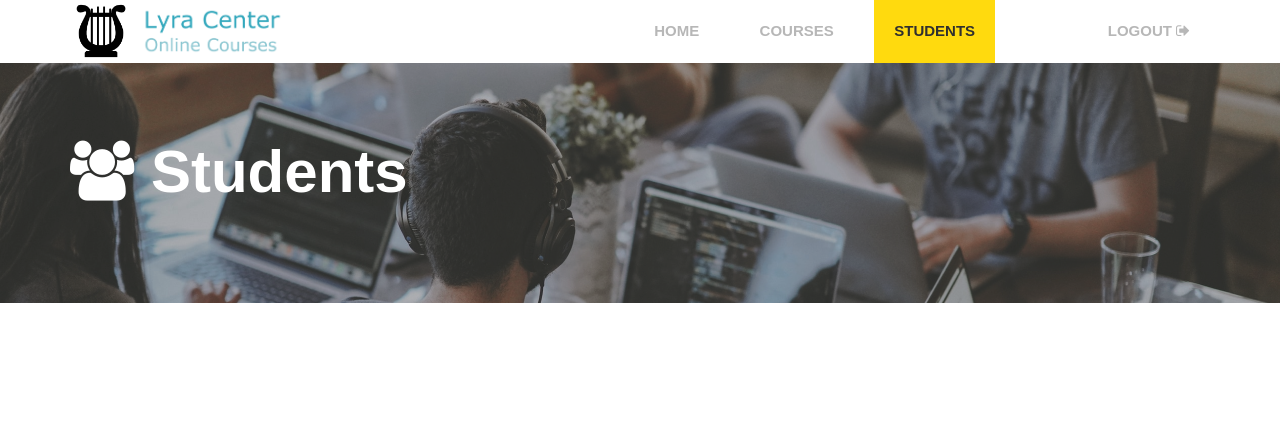
Repository: jersmaecrz/lyra-center
Page: http://localhost/aStudents.php
An editor plug-in stored every save of this project. The page is shown before and after the next save, followed by the edit.
The browser window is 1280 px wide. The pictures show the whole page.
Some web fonts or font styles are not loaded; a fallback is used. The page is run by PHP 8.4 with error messages shown; the project is at /var/www/html/.

Above is the page before, as saved 2022-12-03 23:35:47.

### aStudents.php
<?php
    include "admin-dashboard.php";
?>
<!DOCTYPE html>
<html lang="zxx">
<head>
    <link rel="icon" href="img/lyre.png">
    <meta charset="UTF-8">
    <meta name="description" content="Anime Template">
    <meta name="keywords" content="Anime, unica, creative, html">
    <meta name="viewport" content="width=device-width, initial-scale=1.0">
    <meta http-equiv="X-UA-Compatible" content="ie=edge">
    <title>Lyra | Students</title>
    <link rel="stylesheet" href="css/admin-home-style.css" type="text/css">

    <!-- Google Font -->
    <link href="https://fonts.googleapis.com/css2?family=Mulish:wght@300;400;500;600;700;800;900&display=swap"
    rel="stylesheet">

    <link rel="preconnect" href="https://fonts.googleapis.com">
    <link rel="preconnect" href="https://fonts.gstatic.com" crossorigin>
    <link href="https://fonts.googleapis.com/css2?family=Open+Sans:wght@700&display=swap" rel="stylesheet">

    <!-- Css Styles -->
    <link rel="stylesheet" href="css/bootstrap.min.css" type="text/css">
    <link rel="stylesheet" href="css/font-awesome.min.css" type="text/css">
    <link rel="stylesheet" href="css/elegant-icons.css" type="text/css">
    <link rel="stylesheet" href="css/plyr.css" type="text/css">
    <link rel="stylesheet" href="css/nice-select.css" type="text/css">
    <link rel="stylesheet" href="css/owl.carousel.min.css" type="text/css">
    <link rel="stylesheet" href="css/slicknav.min.css" type="text/css">
    <link rel="stylesheet" href="css/style.css" type="text/css">
</head>

<body>
    <!-- Page Preloder -->
    <div id="preloder">
        <div class="loader"></div>
    </div>

    <!-- Header Section Begin -->
    <header class="header">
        <div class="container">
            <div class="row">
                <div class="col-lg-5">
                    <div class="header__logo">
                        <a href="./aHome.php">
                            <img src="img/lyre.png" alt="" width=62px>
                            <img src="img/lyra.png" alt="" width=150px>
                        </a>
                    </div>
                </div>
                <div class="col-lg-7">
                    <div class="header__nav">
                        <nav class="header__menu mobile-menu">
                            <ul>
                                <li ><a href="./aHome.php">HOME</a></li>
                                <li ><a href="./aCourses.php">COURSES</a></li>
                                <li class="active"><a href="./aStudents.php">STUDENTS</a></li>
                                <li class="right"><a href="./signup.html">LOGOUT <i class="fa fa-sign-out" aria-hidden="true"></i></a></li>
                            </ul>
                        </nav>
                    </div>
                </div>

            </div>
            <div id="mobile-menu-wrap"></div>
        </div>
    </header>
    <!-- Header End -->


    <!-- Normal Breadcrumb Begin -->
    <section class="pg pg-breadcrumb set-bg" data-setbg="img/banner.png">
        <div class="container">
            <div class="row">
                <div class="col-lg-5">
                    <div class="normal__breadcrumb__text">
                        <h2><i class="fa fa-users" aria-hidden="true"></i> Students</h2>
                    </div>
                </div>
            </div>
        </div>

    </section>
    <!-- Normal Breadcrumb End -->
<br>

<!-- Dashboard -->
<div class="container">
    <div class="row">
            <div class="col-lg-12 normal__breadcrumb__text">

            </div>

    </div>
</div>
<br>
<br>
<br>
<br>
<br>

<!-- Footer Section Begin
<footer class="footer">
    <div class="page-up">
        <a href="#" class="scroll"><span class="arrow_carrot-up"></span></a>
    </div>
    <div class="container">
        <div class="row">
            <div class="col-lg-3">
                <div class="footer__logo">
                    <a href="./index.html">
                        <img src="img/mango manga.png" alt="" width=80px>
                        <img src="img/mm.png" alt="" width=110px>
                    </a>
                </div>
            </div>
            <div class="col-lg-6">
                <div class="footer__nav">
                    <ul>
                        <li class="active"><a href="./index.html">HOME</a></li>
                        <li ><a href="./courses.html">COURSES</a></li>
                        <li ><a href="./signup.html">STUDENTS</a></li>

                    </ul>
                </div>
            </div>

          </div>
      </div>
  </footer>
  <!-- Footer Section End -->


<!-- Js Plugins -->
<script src="js/jquery-3.3.1.min.js"></script>
<script src="js/bootstrap.min.js"></script>
<script src="js/player.js"></script>
<script src="js/jquery.nice-select.min.js"></script>
<script src="js/mixitup.min.js"></script>
<script src="js/jquery.slicknav.js"></script>
<script src="js/owl.carousel.min.js"></script>
<script src="js/main.js"></script>


</body>

</html>

### admin-dashboard.php
<?php
   require_once("config.php");
   class Dashboard {
        //Attributes
        public $name;
        public $courses;
        //Create setters
        function setStudents($students){
            $this -> students = $students;
        }
        function setCourses($courses){
            $this -> courses = $courses;
        }
        //Create getters
        function getStudents(){
            return $this -> students;
        }
        function getCourses(){
            return $this -> courses;
        }
        function countStudents($pdo){
            $query = "SELECT * FROM users";
            $stmt = $pdo-> prepare($query);
            $stmt -> execute();
            $rows = $stmt -> fetchAll();
            $rowCount = $stmt->rowCount();
            $this -> setStudents($rowCount);
        }
        function countCourses($pdo){
            $query = "SELECT * FROM courses";
            $stmt = $pdo-> prepare($query);
            $stmt -> execute();
            $rows = $stmt -> fetchAll();
            $rowCount = $stmt->rowCount();
            $this -> setCourses($rowCount);
        }
    }
?>

### config.php
<?php
    $host = "remotemysql.com";
    $user = "NsqxjSUDbx";
    $password = "wLgUwnheJo";
    $dbName = "NsqxjSUDbx" ;
    //Connect to database using PDO
    try {
        $dsn ="mysql:host=$host;dbname=$dbName";
        $pdo = new PDO($dsn,$user, $password);
        //Check the connection
        $pdo->setAttribute(PDO::ATTR_DEFAULT_FETCH_MODE,PDO::FETCH_OBJ);
        $pdo->setAttribute(PDO::ATTR_ERRMODE,PDO::ERRMODE_EXCEPTION);
    } catch(PDOException $e) {
        echo "Unable to Connect to DB: ". $e->getMessage();
    }
?>

### css/admin-home-style.css
.right {
    float: right;
}
.scroll {
    margin-left: -50px;
    margin-top: -50px;
}
.main-section{
	width:80%;
	margin:0 auto;
	text-align: center;
	padding: 0px 5px;
}
.dashboard{
	width:32%;
	display: inline-block;
	color:#fff;
	margin-top: 50px;
}
.icon-section i{
	font-size: 30px;
	padding:10px;
	border:1px solid #34495E;
	margin-bottom: 10px;
    margin: 5%;
	background-color:#fff;
    border-radius: 50%;
}
.icon-section h3{
	font-size: 20px;
    color: #fff;
	font-family: "Mulish", sans-serif;
}
.icon-section p{
	margin:0px;
	font-size: 20px;
	padding-bottom: 10px;
	font-family: "Mulish", sans-serif;
}
.icon {
    color: #023047;
}
.blueDash {
    background-color:#34495E;

}
.yellowDash {
    background-color:#4ACBCB;

}
.pg-breadcrumb {
	height: 240px;
	display: -webkit-box;
	display: -ms-flexbox;
	display: flex;
	-webkit-box-align: center;
	-ms-flex-align: center;
	align-items: center;
	-webkit-box-pack: center;
	-ms-flex-pack: center;
	justify-content: center;
}

### css/style.css

html,
body {
	height: 100%;
	font-family: "Mulish", sans-serif;
	-webkit-font-smoothing: antialiased;
	background: white;
}

h1,
h2,
h3,
h4,
h5,
h6 {
	margin: 0;
	color: #111111;
	font-weight: 400;
	font-family: "Mulish", sans-serif;
}

.lemony a{
	background: #FFDA0E;
	font-size: 20px;
	color: black;
	padding-left: 20px;
	padding-right: 20px;
	padding-top: 10px;
	padding-bottom: 10px;
	font-family: "Oswald", sans-serif;
}

h1 {
	font-size: 70px;
}

h2 {
	font-size: 36px;
}

h3 {
	font-size: 30px;
}

h4 {
	font-size: 24px;
}

h5 {
	font-size: 18px;
}

h6 {
	font-size: 16px;
}

p {
	font-size: 15px;
	font-family: "Mulish", sans-serif;
	color: #3d3d3d;
	font-weight: 400;
	line-height: 25px;
	margin: 0 0 15px 0;
}

img {
	max-width: 100%;
}

input:focus,
select:focus,
button:focus,
textarea:focus {
	outline: none;
}

a:hover,
a:focus {
	text-decoration: none;
	outline: none;
	color: #4ACBCB;;
}

ul,
ol {
	padding: 0;
	margin: 0;
}

/*---------------------
  Helper CSS
-----------------------*/

.section-title {
	margin-bottom: 30px;
}

.section-title h4,
.section-title h5 {
	color: #2F2F2F;
	font-weight: 600;
	line-height: 21px;
	text-transform: uppercase;
	padding-left: 20px;
	position: relative;
	font-family: "Oswald", sans-serif;
}

.section-title h4:after,
.section-title h5:after {
	position: absolute;
	left: 0;
	top: -6px;
	height: 32px;
	width: 4px;
	background: #e53637;
	content: "";
}

.set-bg {
	background-repeat: no-repeat;
	background-size: cover;
	background-position: top center;
}

.spad {
	padding-top: 100px;
	padding-bottom: 100px;
}

.text-white h1,
.text-white h2,
.text-white h3,
.text-white h4,
.text-white h5,
.text-white h6,
.text-white p,
.text-white span,
.text-white li,
.text-white a {
color: black;
}

/* buttons */

.primary-btn {
	display: inline-block;
	font-size: 13px;
	font-weight: 700;
	text-transform: uppercase;
	color: #ffffff;
	letter-spacing: 2px;
}

.primary-btn span {
	font-size: 18px;
	margin-left: 5px;
	position: relative;
	top: 3px;
}

.site-btn {
	font-size: 13px;
	color: #ffffff;
	background: #e53637;
	font-weight: 700;
	border: none;
	border-radius: 2px;
	letter-spacing: 2px;
	text-transform: uppercase;
	display: inline-block;
	padding: 12px 30px;
}

/* Preloder */

#preloder {
	position: fixed;
	width: 100%;
	height: 100%;
	top: 0;
	left: 0;
	z-index: 999999;
	background: #000;
}

.loader {
	width: 40px;
	height: 40px;
	position: absolute;
	top: 50%;
	left: 50%;
	margin-top: -13px;
	margin-left: -13px;
	border-radius: 60px;
	animation: loader 0.8s linear infinite;
	-webkit-animation: loader 0.8s linear infinite;
}

@keyframes loader {
	0% {
		-webkit-transform: rotate(0deg);
		transform: rotate(0deg);
		border: 4px solid #f44336;
		border-left-color: transparent;
	}
	50% {
		-webkit-transform: rotate(180deg);
		transform: rotate(180deg);
		border: 4px solid #673ab7;
		border-left-color: transparent;
	}
	100% {
		-webkit-transform: rotate(360deg);
		transform: rotate(360deg);
		border: 4px solid #f44336;
		border-left-color: transparent;
	}
}

@-webkit-keyframes loader {
	0% {
		-webkit-transform: rotate(0deg);
		border: 4px solid #f44336;
		border-left-color: transparent;
	}
	50% {
		-webkit-transform: rotate(180deg);
		border: 4px solid #673ab7;
		border-left-color: transparent;
	}
	100% {
		-webkit-transform: rotate(360deg);
		border: 4px solid #f44336;
		border-left-color: transparent;
	}
}

.spacial-controls {
	position: fixed;
	width: 111px;
	height: 91px;
	top: 0;
	right: 0;
	z-index: 999;
}

.spacial-controls .search-switch {
	display: block;
	height: 100%;
	padding-top: 30px;
	background: #323232;
	text-align: center;
	cursor: pointer;
}

.search-model {
	display: none;
	position: fixed;
	width: 100%;
	height: 100%;
	left: 0;
	top: 0;
	background: #000;
	z-index: 99999;
}

.search-model-form {
	padding: 0 15px;
}

.search-model-form input {
	width: 500px;
	font-size: 40px;
	border: none;
	border-bottom: 2px solid #333;
	background: 0 0;
	color: #999;
}

.search-close-switch {
	position: absolute;
	width: 50px;
	height: 50px;
	background: #333;
	color: #fff;
	text-align: center;
	border-radius: 50%;
	font-size: 28px;
	line-height: 28px;
	top: 30px;
	cursor: pointer;
	display: -webkit-box;
	display: -ms-flexbox;
	display: flex;
	-webkit-box-align: center;
	-ms-flex-align: center;
	align-items: center;
	-webkit-box-pack: center;
	-ms-flex-pack: center;
	justify-content: center;
}

/*---------------------
  Header
-----------------------*/

.header {
	background: white;
}

.header__menu {
	text-align: center;
}


.header__menu ul li {
	list-style: none;
	display: inline-block;
	position: relative;
	margin-right: 16px;
}

.header__menu ul li.active a {
	background: #FFDA0E;
	color: #2F2F2F;
}



.header__menu ul li:hover a {
	color: #4ACBCB;
}

.header__menu ul li:hover .dropdown {
	top: 62px;
	opacity: 1;
	visibility: visible;
}

.header__menu ul li:hover .dropdown li a {
	background: transparent;
}

.header__menu ul li:last-child {
	margin-right: 0;
}
.square {
  height: 450px;
  width: 1000px;
  background-color: #CCCC00;
}



.header__menu ul li:hover .dump {
	top: 62px;
	opacity: 1;
	visibility: visible;
}

.header__menu ul li:hover .dump li a {
	background: transparent;
}


.header__menu ul li .dump {
	position: absolute;
	left: 0;
	top: 82px;
	width: 150px;
	background: #ffffff;
	text-align: left;
	padding: 5px 0;
	z-index: 9;
	opacity: 0;
	visibility: hidden;
	-webkit-transition: all, 0.3s;
	-o-transition: all, 0.3s;
	transition: all, 0.3s;
}


.header__menu ul li .dump li {
	display: block;
	margin-right: 0;
}

.header__menu ul li .dump li a {
	font-size: 14px;
	color: #111111;
	font-weight: 500;
	padding: 5px 20px;
}





.header__menu ul li .dropdown {
	position: absolute;
	left: 0;
	top: 82px;
	width: 150px;
	background: #ffffff;
	text-align: left;
	padding: 5px 0;
	z-index: 9;
	opacity: 0;
	visibility: hidden;
	-webkit-transition: all, 0.3s;
	-o-transition: all, 0.3s;
	transition: all, 0.3s;
}


.header__menu ul li .dropdown li {
	display: block;
	margin-right: 0;
}

.header__menu ul li .dropdown li a {
	font-size: 14px;
	color: #111111;
	font-weight: 500;
	padding: 5px 20px;
}

.header__menu ul li a {
	font-size: 15px;
	color: #b7b7b7;
	display: block;
	font-weight: 700;
	-webkit-transition: all, 0.5s;
	-o-transition: all, 0.5s;
	transition: all, 0.5s;
	padding: 20px;
}

.header__menu ul li a span {
	position: relative;
	font-size: 17px;
	top: 2px;
}

.header__right {
	text-align: right;
	padding: 20px 0 15px;
}

.header__right a {
	display: inline-block;
	font-size: 18px;
	color: #ffffff;
	margin-right: 30px;
}

.header__right a:last-child {
	margin-right: 0;
}

.slicknav_menu {
	display: none;
}

/*---------------------
  Hero
-----------------------*/




/*---------------------
  Breadcrumb
-----------------------*/

.breadcrumb-option {
	padding-top: 35px;
}

.breadcrumb__links a {
	font-size: 15px;
	color: #323232;
	margin-right: 18px;
	display: inline-block;
	position: relative;
}

.breadcrumb__links a i {
	margin-right: 5px;
	color: #323232;
}

.breadcrumb__links a:after {
	position: absolute;
	right: -14px;
	top: 0;
	content: "";
	font-family: "FontAwesome";
}

.breadcrumb__links span {
	font-size: 15px;
	color: #323232;
	display: inline-block;
}

/*---------------------
    Normal Breadcrumb
-----------------------*/

.normal-breadcrumb {
	height: 450px;
	display: -webkit-box;
	display: -ms-flexbox;
	display: flex;
	-webkit-box-align: center;
	-ms-flex-align: center;
	align-items: center;
	-webkit-box-pack: center;
	-ms-flex-pack: center;
	justify-content: center;
}

.normal__breadcrumb__text h2 {
	color: #ffffff;
	font-size: 60px;
	font-family: "Oswald", sans-serif;
	font-weight: 700;
	margin-bottom: 22px;
}

.normal__breadcrumb__text p {
	color: #ffffff;
	font-size: 18px;
	margin-bottom: 0;
}


/*---------------------
  Login
-----------------------*/

.login {
	padding-top: 130px;
	padding-bottom: 120px;
}

.login__form {
	position: relative;
	padding-left: 145px;
}

.login__form:after {
	position: absolute;
	right: -14px;
	top: -40px;
	height: 330px;
	width: 1px;
	background: rgba(255, 255, 255, 0.2);
	content: "";
}

.login__form h3 {
	color: #ffffff;
	font-weight: 700;
	font-family: "Oswald", sans-serif;
	margin-bottom: 30px;
}

.login__form form .input__item {
	position: relative;
	width: 370px;
	margin-bottom: 20px;
}

.login__form form .input__item:before {
	position: absolute;
	left: 50px;
	top: 10px;
	height: 30px;
	width: 1px;
	background: #b7b7b7;
	content: "";
}

.login__form form .input__item input {
	height: 50px;
	width: 100%;
	font-size: 15px;
	color: #b7b7b7;
	background: #ffffff;
	border: none;
	padding-left: 76px;
}

.login__form form .input__item input::-webkit-input-placeholder {
	color: #b7b7b7;
}

.login__form form .input__item input::-moz-placeholder {
	color: #b7b7b7;
}

.login__form form .input__item input:-ms-input-placeholder {
	color: #b7b7b7;
}

.login__form form .input__item input::-ms-input-placeholder {
	color: #b7b7b7;
}

.login__form form .input__item input::placeholder {
	color: #b7b7b7;
}

.login__form form .input__item span {
	color: #b7b7b7;
	font-size: 20px;
	position: absolute;
	left: 15px;
	top: 13px;
}

.login__form form button {
	border-radius: 0;
	margin-top: 10px;
}

.login__form .forget_pass {
	font-size: 15px;
	color: #ffffff;
	display: inline-block;
	position: absolute;
	right: 60px;
	bottom: 12px;
}

.login__register {
	padding-left: 30px;
}

.login__register h3 {
	color: #ffffff;
	font-weight: 700;
	font-family: "Oswald", sans-serif;
	margin-bottom: 30px;
}

.login__register .primary-btn {
	background: #e53637;
	padding: 12px 42px;
}

.login__social {
	padding-top: 52px;
}

.login__social__links {
	text-align: center;
}

.login__social__links span {
	color: #ffffff;
	display: block;
	font-size: 13px;
	font-weight: 700;
	letter-spacing: 2px;
	text-transform: uppercase;
	margin-bottom: 30px;
}

.login__social__links ul li {
	list-style: none;
	margin-bottom: 15px;
}

.login__social__links ul li:last-child {
	margin-bottom: 0;
}

.login__social__links ul li a {
	color: #ffffff;
	display: block;
	font-size: 13px;
	font-weight: 700;
	letter-spacing: 2px;
	text-transform: uppercase;
	width: 460px;
	padding: 14px 0;
	position: relative;
	margin: 0 auto;
}

.login__social__links ul li a.facebook {
	background: #4267b2;
}

.login__social__links ul li a.google {
	background: #ff4343;
}

.login__social__links ul li a.twitter {
	background: #1da1f2;
}

.login__social__links ul li a i {
	font-size: 20px;
	position: absolute;
	left: 32px;
	top: 14px;
}

/*---------------------
  Sign Up
-----------------------*/

.signup {
	padding-top: 130px;
	padding-bottom: 150px;
}

.signup .login__form:after {
	height: 450px;
}

.signup .login__form h5 {
	font-size: 15px;
	color: #ffffff;
	margin-top: 36px;
}

.signup .login__form h5 a {
	color: #e53637;
	font-weight: 700;
}

.signup .login__social__links {
	text-align: left;
	padding-left: 40px;
}

.signup .login__social__links h3 {
	color: #ffffff;
	font-weight: 700;
	font-family: "Oswald", sans-serif;
	margin-bottom: 30px;
}

.signup .login__social__links ul li a {
	margin: 0;
	text-align: center;
}

/*---------------------
  Footer
-----------------------*/

.footer {
	background: #80E2E2;
	padding-top: 60px;
	padding-bottom: 40px;
	position: relative;
}

.page-up {
	position: absolute;
	left: 50%;
	top: -25px;
	margin-left: -25px;
}

.page-up a {
	display: inline-block;
	font-size: 36px;
	color: black;
	height: 50px;
	width: 50px;
	background: #FFDA0E;
	line-height: 50px;
	text-align: center;
	border-radius: 50%;
}

.page-up a span {
	position: relative;
	top: 2px;
	left: -1px;
}

.footer__nav {
	text-align: center;
}

.footer__nav ul li {
	list-style: none;
	display: inline-block;
	position: relative;
	margin-right: 40px;
}

.footer__nav ul li:last-child {
	margin-right: 0;
}

.footer__nav ul li a {
	font-size: 15px;
	color: #3D3D3D;
	display: block;
	font-weight: 700;
}


/*--------------------------------- Responsive Media Quaries -----------------------------*/

@media only screen and (min-width: 1200px) and (max-width: 1300px) {
	.hero {
		overflow: hidden;
	}
}

@media only screen and (min-width: 1200px) {
	.container {
		max-width: 1170px;
	}
}

/* Medium Device = 1200px */

@media only screen and (min-width: 992px) and (max-width: 1199px) {
	.hero {
		overflow: hidden;
	}
	.login__form {
		position: relative;
		padding-left: 32px;
	}
	.login__social__links ul li a {
		width: 380px;
	}
	.blog__item__text {
		padding: 0 50px;
	}
}

/* Tablet Device = 768px */

@media only screen and (min-width: 768px) and (max-width: 991px) {
	.hero {
		overflow: hidden;
	}
	.header {
		position: relative;
	}
	.header .container {
		position: relative;
	}
	.header__right {
		position: absolute;
		right: 120px;
		top: -42px;
		padding: 0;
	}
	.header__menu {
		display: none;
	}
	.slicknav_menu {
		background: transparent;
		padding: 0;
		display: block;
	}
	.slicknav_nav {
		position: absolute;
		left: 0;
		top: 60px;
		width: 100%;
		background: #ffffff;
		padding: 15px 30px;
		z-index: 9;
	}
	.slicknav_nav ul {
		margin: 0;
	}
	.slicknav_nav .slicknav_row,
	.slicknav_nav a {
		padding: 7px 0;
		margin: 0;
		color: #111111;
		font-weight: 600;
	}
	.slicknav_btn {
		border-radius: 0;
		background-color: #222;
		position: absolute;
		right: 0;
		top: 9px;
	}
	.slicknav_nav .slicknav_arrow {
		color: #111111;
	}
	.slicknav_nav .slicknav_row:hover {
		border-radius: 0;
		background: transparent;
		color: #111111;
	}
	.slicknav_nav a:hover {
		border-radius: 0;
		background: transparent;
		color: #111111;
	}
	.product__sidebar {
		padding-top: 50px;
	}
	.footer__logo {
		text-align: center;
		margin-bottom: 20px;
	}
	.footer__nav {
		margin-bottom: 15px;
	}
	.footer__copyright__text {
		text-align: center;
	}
	.anime__details__widget ul li span {
		width: 90px;
	}
	.anime__details__pic {
		margin-bottom: 40px;
	}
	.anime__details__sidebar {
		padding-top: 50px;
	}
	.login__form {
		padding-left: 0;
		margin-bottom: 40px;
	}
	.login__form:after {
		display: none;
	}
	.login__form form .input__item {
		width: auto;
	}
	.login__register {
		padding-left: 0;
	}
	.signup .login__social__links {
		padding-left: 0;
	}
}

/* Wide Mobile = 480px */

@media only screen and (max-width: 767px) {
	.hero {
		overflow: hidden;
	}
	.header {
		position: relative;
	}
	.header .container {
		position: relative;
	}
	.header__right {
		position: absolute;
		right: 120px;
		top: -42px;
		padding: 0;
	}
	.header__menu {
		display: none;
	}
	.slicknav_menu {
		background: transparent;
		padding: 0;
		display: block;
	}
	.slicknav_nav {
		position: absolute;
		left: 0;
		top: 60px;
		width: 100%;
		background: #ffffff;
		padding: 15px 30px;
		z-index: 9;
	}
	.slicknav_nav ul {
		margin: 0;
	}
	.slicknav_nav .slicknav_row,
	.slicknav_nav a {
		padding: 7px 0;
		margin: 0;
		color: #111111;
		font-weight: 600;
	}
	.slicknav_btn {
		border-radius: 0;
		background-color: #222;
		position: absolute;
		right: 0;
		top: 9px;
	}
	.slicknav_nav .slicknav_arrow {
		color: #111111;
	}
	.slicknav_nav .slicknav_row:hover {
		border-radius: 0;
		background: transparent;
		color: #111111;
	}
	.slicknav_nav a:hover {
		border-radius: 0;
		background: transparent;
		color: #111111;
	}
	.product__sidebar {
		padding-top: 50px;
	}
	.footer__logo {
		text-align: center;
		margin-bottom: 20px;
	}
	.footer__nav {
		margin-bottom: 15px;
	}
	.footer__copyright__text {
		text-align: center;
	}
	.blog__details__title h2 {
		font-size: 34px;
		line-height: normal;
	}
	.anime__details__pic {
		margin-bottom: 40px;
	}
	.anime__details__sidebar {
		padding-top: 50px;
	}
	.btn__all {
		text-align: left;
	}
	.product__page__title .section-title {
		margin-bottom: 30px;
	}
	.product__page__title .product__page__filter {
		text-align: left;
	}
	.anime__details__rating {
		text-align: left;
		position: relative;
		margin-bottom: 20px;
	}
	.blog__details__social {
		overflow: hidden;
	}
	.blog__details__title .blog__details__social a {
		margin-right: 10px;
		margin-bottom: 10px;
		width: calc(50% - 10px);
		float: left;
	}
	.login__form {
		padding-left: 0;
		margin-bottom: 40px;
	}
	.login__form:after {
		display: none;
	}
	.login__form form .input__item {
		width: auto;
	}
	.signup .login__social__links {
		padding-left: 0;
	}
	.login__social__links ul li a {
		width: auto;
	}
	.blog__item__text {
		padding: 0 30px;
	}
	.login__register {
		padding-left: 0;
	}
	.product__sidebar__view .filter__controls li {
		margin-right: 2px;
	}
	.search-model-form input {
		width: 100%;
	}
}

/* Small Device = 320px */

@media only screen and (max-width: 479px) {
	.hero__slider.owl-carousel .owl-nav {
		display: none;
	}
	.hero__items {
		padding: 250px 0 42px 15px;
	}
	.hero__text h2 {
		font-size: 32px;
	}
	.footer__nav ul li {
		margin-right: 10px;
	}
	.anime__details__btn .follow-btn {
		padding: 14px 26px;
		margin-right: 11px;
		margin-bottom: 25px;
	}
	.anime__details__widget ul li span {
		width: 85px;
	}
	.anime__video__player .plyr__volume {
		left: 65px;
	}
	.anime__video__player .plyr__controls .plyr__controls__item.plyr__time {
		left: 95px;
	}
	.anime__video__player .plyr__menu {
		margin-right: 60px;
	}
	.blog__details__title h2 {
		font-size: 30px;
		line-height: normal;
	}
	.blog__details__title .blog__details__social a {
		padding: 16px 25px 14px 20px;
	}
	.blog__details__comment__item.blog__details__comment__item--reply {
		padding-left: 0;
	}
	.blog__details__comment__item__pic {
		margin-right: 25px;
	}
	.blog__details__comment__item__text a {
		margin-right: 6px;
	}
	.login__social__links ul li a i {
		left: 20px;
	}
	.login__form .forget_pass {
		position: relative;
		left: 0;
		bottom: 0;
		margin-top: 25px;
	}
	.header__right a {
		margin-right: 10px;
	}
	.anime__review__item__text h6 span {
		font-size: 12px;
	}
	.anime__review__item__text {
		padding: 18px 20px 20px;
	}

}

Loaded but not shown: css/bootstrap.min.css (library); css/font-awesome.min.css (library); css/plyr.css (library); css/nice-select.css (common file); css/owl.carousel.min.css (library); css/slicknav.min.css (common file); js/jquery-3.3.1.min.js (library); js/bootstrap.min.js (library); js/player.js (library); js/jquery.nice-select.min.js (common file); js/mixitup.min.js (library); js/jquery.slicknav.js (library); js/owl.carousel.min.js (library); js/main.js (101 lines, source omitted); css/elegant-icons.css (1157 lines, source omitted)

After the next save:
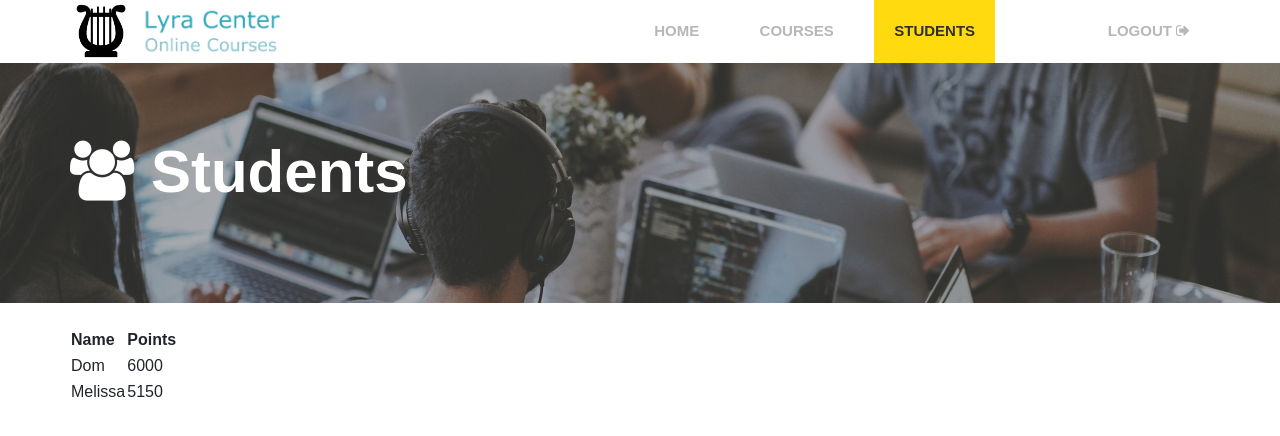
Saved 74 s later.
--- a/aStudents.php
+++ b/aStudents.php
@@ -89,9 +89,29 @@
 <!-- Dashboard -->
 <div class="container">
     <div class="row">
-            <div class="col-lg-12 normal__breadcrumb__text">
+        <div class="col-lg-12 normal__breadcrumb__text">
+        <table class="styled-table">
+            <thead>
+                <tr>
+                    <th>Name</th>
+                    <th>Points</th>
+                </tr>
+            </thead>
+            <tbody>
+                <tr>
+                    <td>Dom</td>
+                    <td>6000</td>
+                </tr>
+                <tr class="active-row">
+                    <td>Melissa</td>
+                    <td>5150</td>
+                </tr>
+                <!-- and so on... -->
+            </tbody>
+        </table>
 
-            </div>
+
+        </div>
 
     </div>
 </div>
